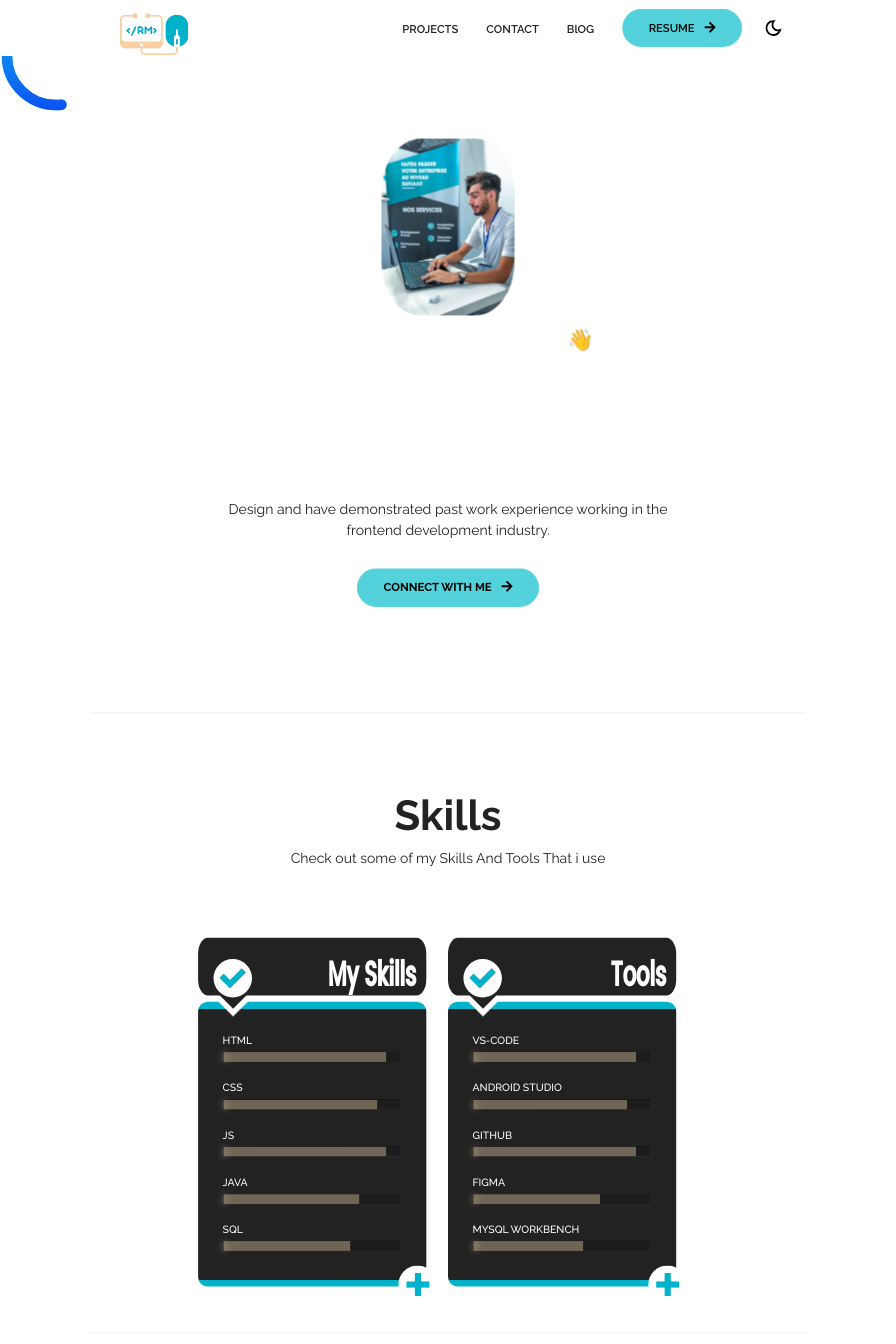
Repository: rahimmenadi/My-Website
Page: index.html
The author's editor kept a copy of each file at every save. The page is drawn from the files as they stood at one save, then again after the next save.
The browser window is 1280 px wide. The pictures show the part of the page from y = 0 to 1920 px (the page is 3212 px tall), at 70% of full size.

Above is the page before, as saved 2023-06-24 01:39:17.

After the next save:
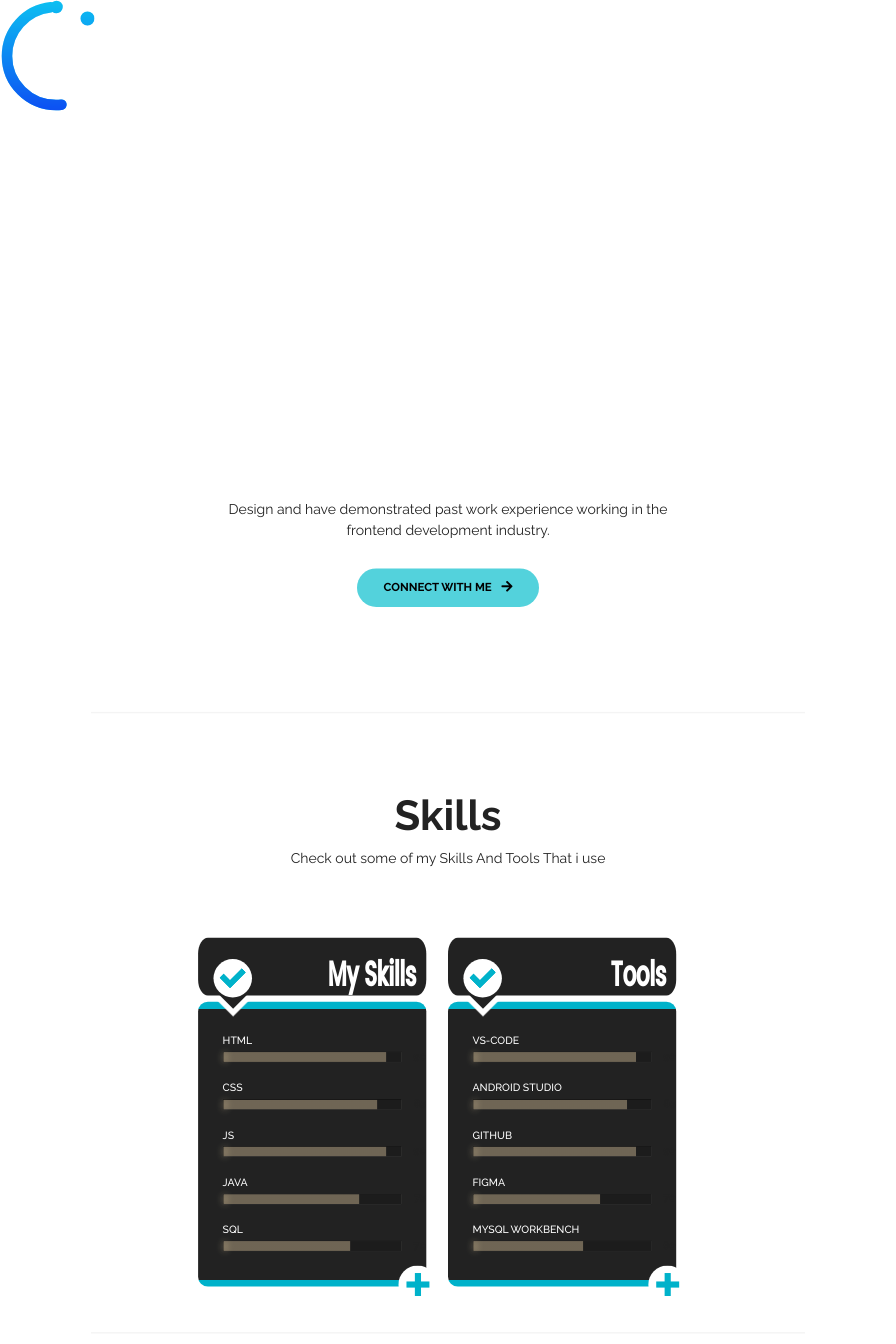
Saved 4 s later.
--- a/css/spiner.css
+++ b/css/spiner.css
@@ -6,7 +6,7 @@
     top: 0;
     left: 0;
     background-color: white;
-
+    z-index: 999999;
 }
 :root {
 	--hue: 223;

After the save that followed:
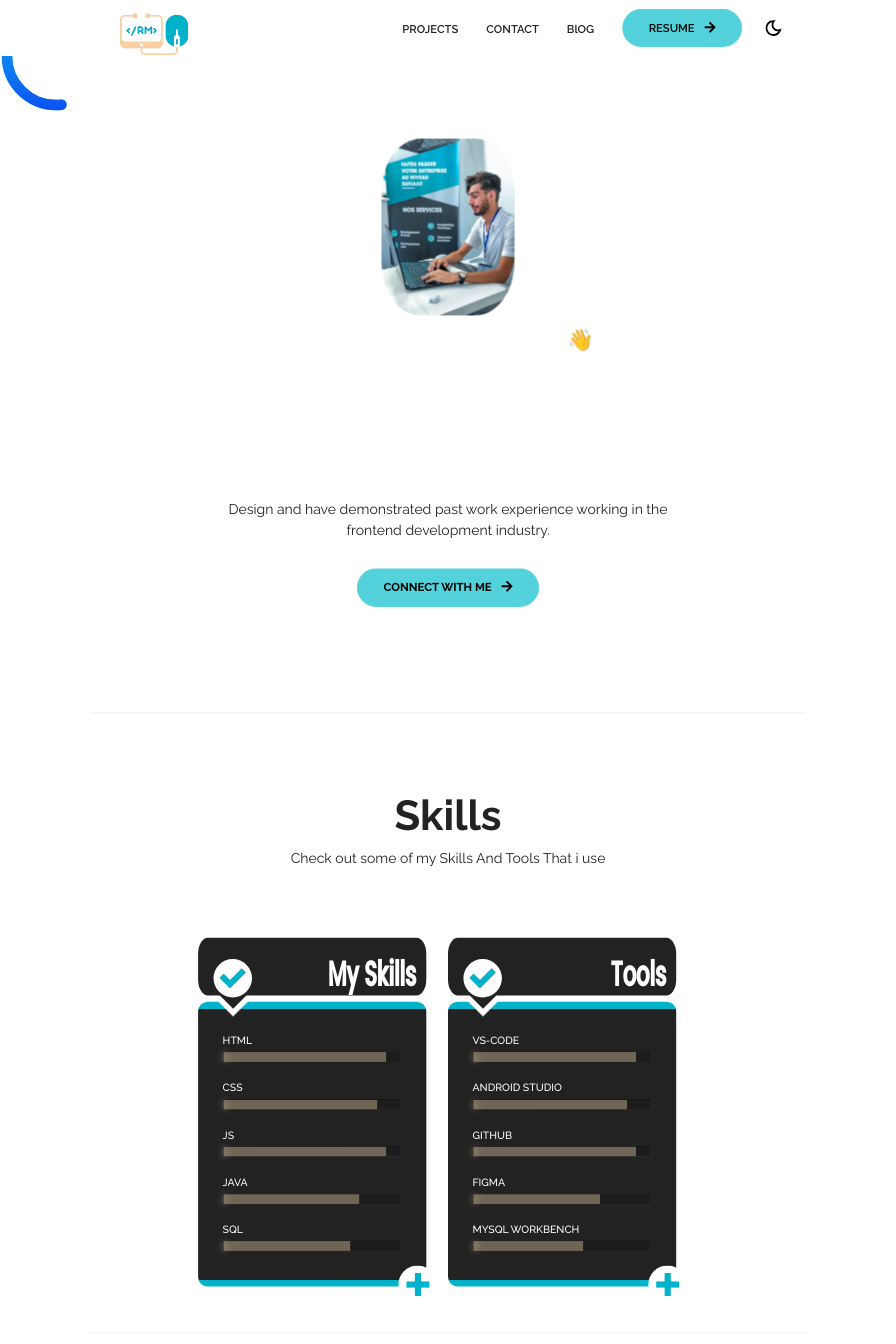
Saved 34 s later.
--- a/css/spiner.css
+++ b/css/spiner.css
@@ -6,7 +6,6 @@
     top: 0;
     left: 0;
     background-color: white;
-    z-index: 999999;
 }
 :root {
 	--hue: 223;
